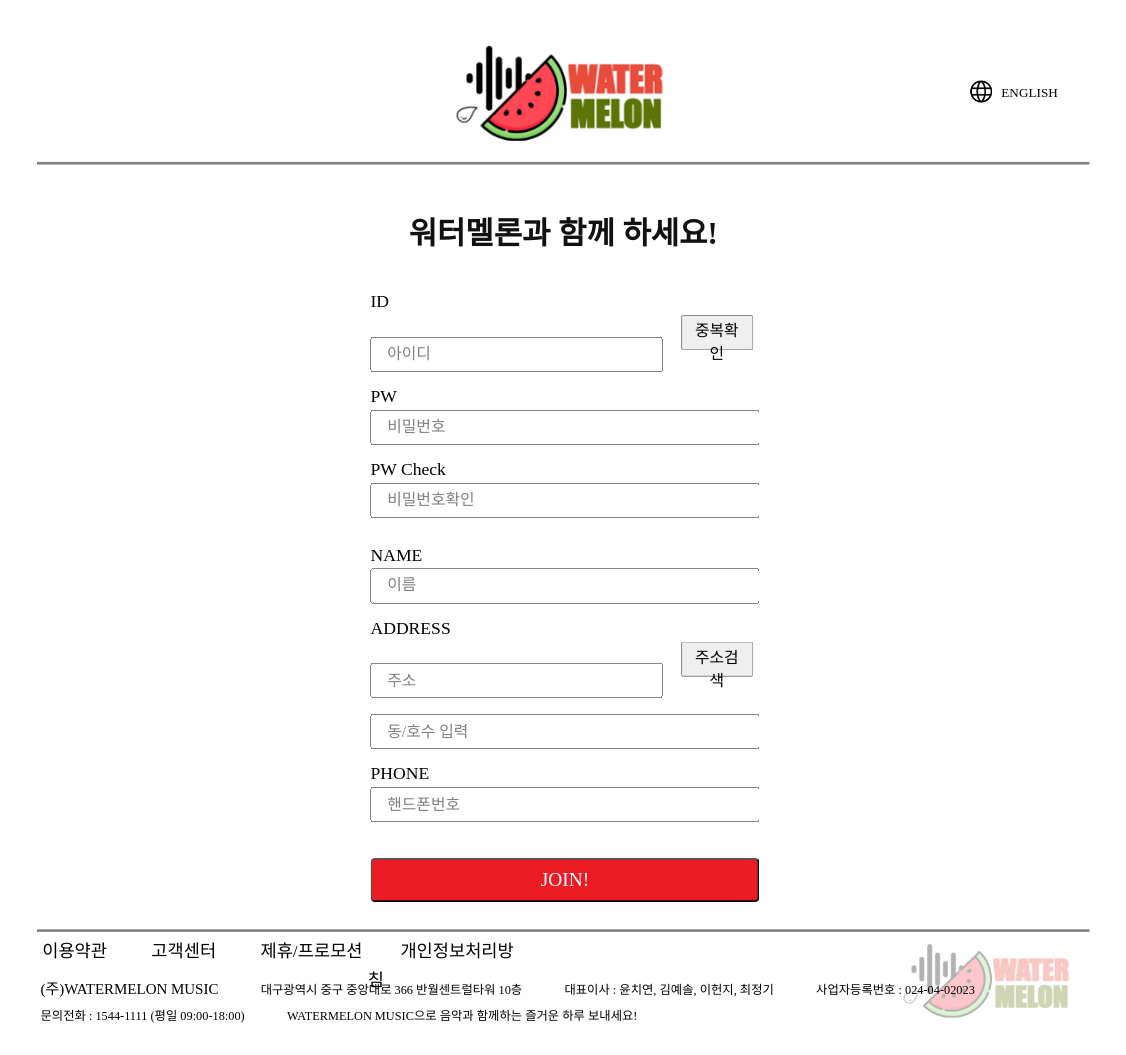
Repository: anchobb/TEAM_STS
Page: http://localhost/PJ_TEAM01/WEB-INF/views/member/join.jsp
The author's editor kept a copy of each file at every save. The page is drawn from the files as they stood at one save, then again after the next save.
The browser window is 1280 px wide. The pictures show the whole page, at 88% of full size.
Some web fonts or font styles are not loaded; a fallback is used. Some web libraries are served in a nearby version. The page is served by Tomcat 9. Nobody is signed in. The template is opened directly, without the code that normally fills it, so the values that code supplies are empty.

Above is the page before, as saved 2023-09-13 03:57:16.

After the next save:
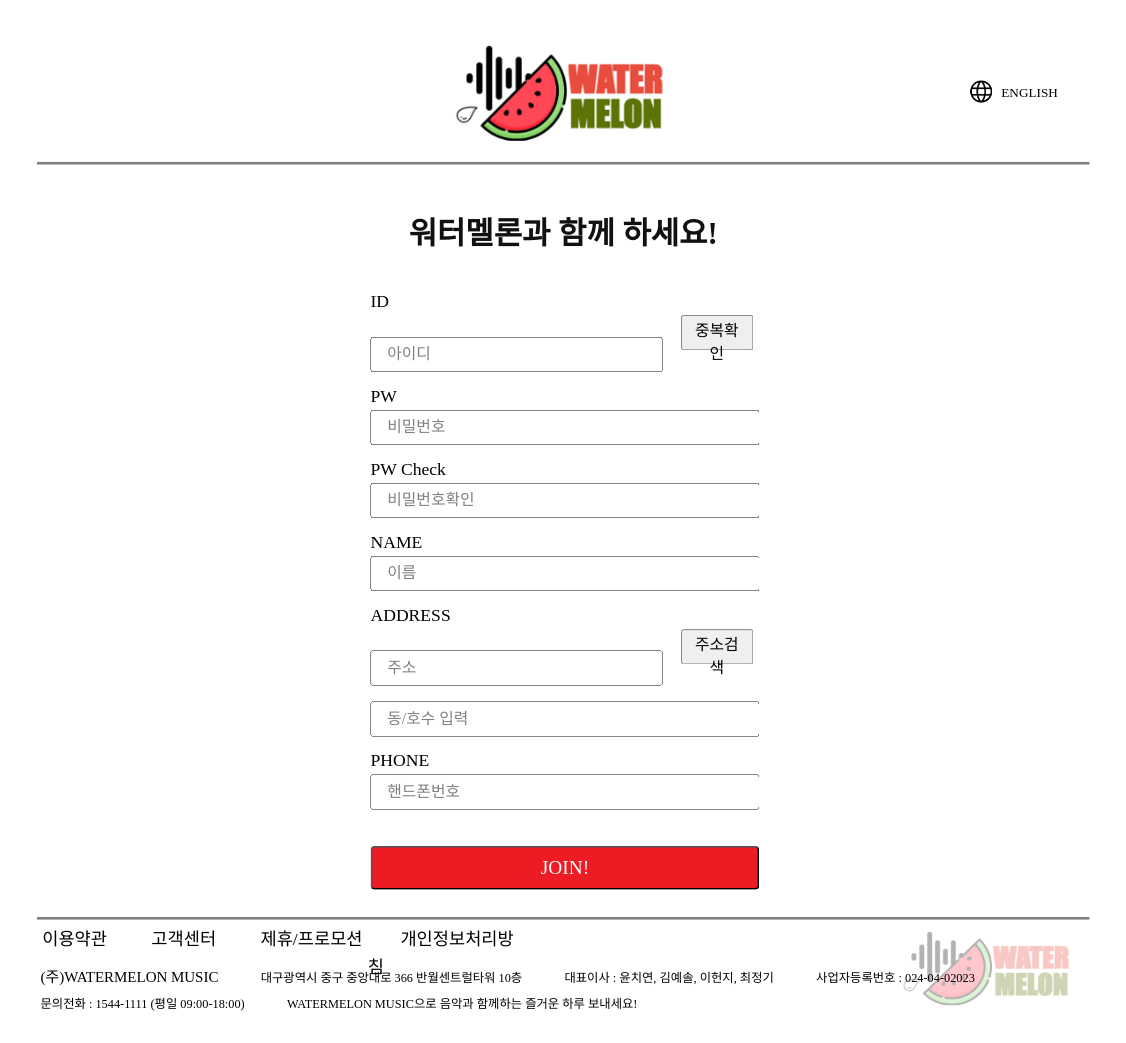
Saved 47 s later.
--- a/PJ_TEAM01/src/main/webapp/WEB-INF/views/member/join.jsp
+++ b/PJ_TEAM01/src/main/webapp/WEB-INF/views/member/join.jsp
@@ -39,12 +39,9 @@
                   <button id="idcheck_btn" >중복확인</button></li>
                <li><span>PW</span> <input id="pw_input" name="pw"
                   type="password" placeholder="비밀번호" title="비밀번호입력" required></li>
-               <li><span>PW Check</span> <!-- <span id="pw_check">*pw체크표시</span> -->
+               <li><span>PW Check</span> <span id="pw_mismatch_msg" style="color: red; font-size:15px; text-align:right;"></span>
                   <input id="pwc_input" name="pwc_input" type="password"
                   placeholder="비밀번호확인" title="비밀번호확인" required></li>
-               <li>
-                   <span id="pw_mismatch_msg" style="color: red; font-size:15px"></span>
-               </li>
                <li><span>NAME</span> <input type="text" name="name"
                   placeholder="이름" title="이름입력" required></li>
                <li><span>ADDRESS</span> <input id="addr_input" name="addr"
